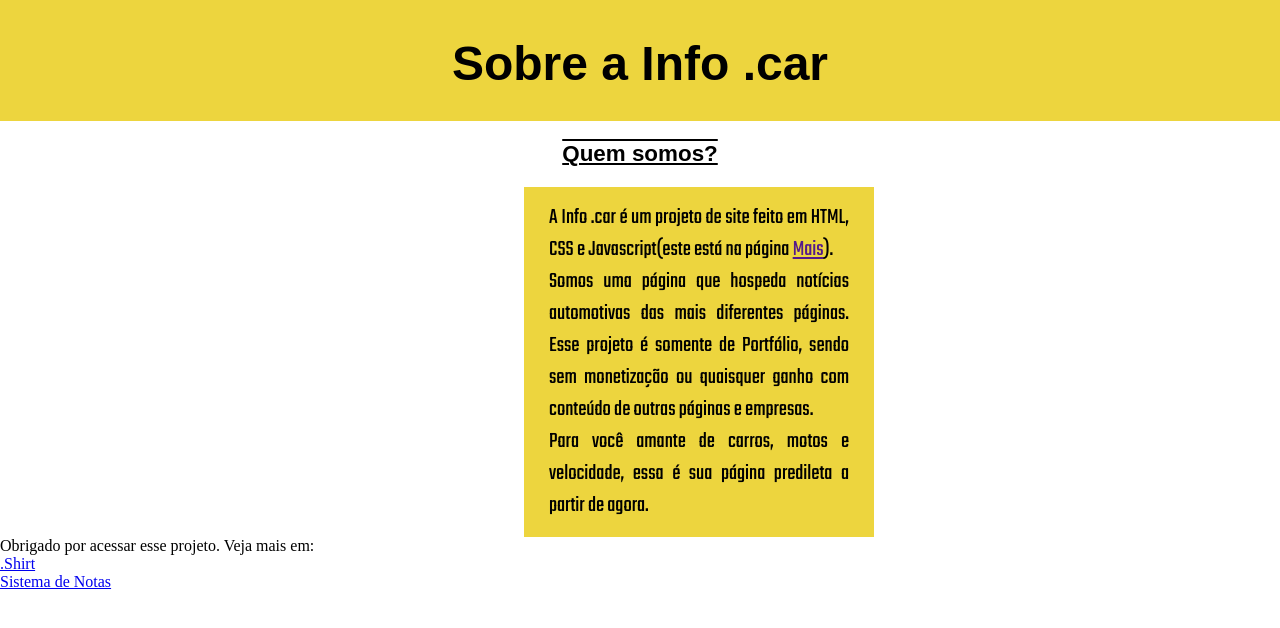
Repository: Leonngc/projeto-info.car
Page: sobre.html
The author's editor kept a copy of each file at every save. The page is drawn from the files as they stood at one save, then again after the next save.
The browser window is 1280 px wide. The pictures show the whole page.
Some web fonts or font styles are not loaded; a fallback is used.

Above is the page before, as saved 2022-11-05 15:38:12.

After the next save:
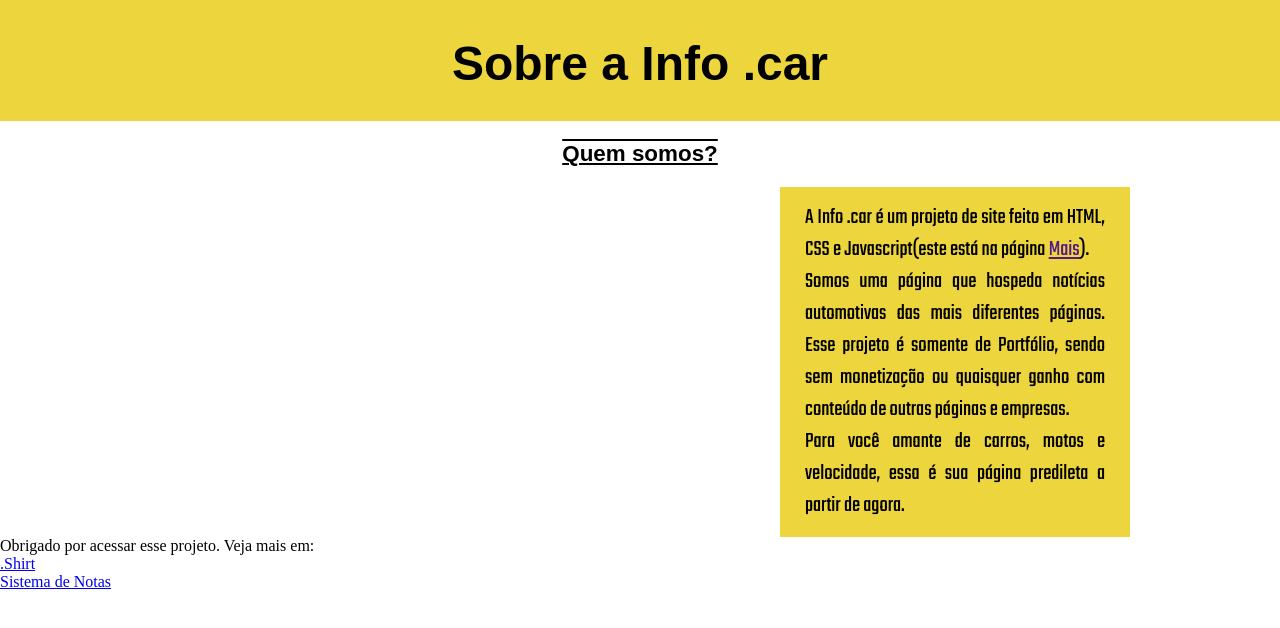
Saved 6 s later.
--- a/sobre.css
+++ b/sobre.css
@@ -45,7 +45,7 @@ article > p{
    text-align: justify;
    margin: auto;
    margin-right: 50vw;
-   margin-left: 30vw;
+   margin-left: 50vw;
    min-width: 300px;
    min-height: 300px;
    padding: 15px 25px;
